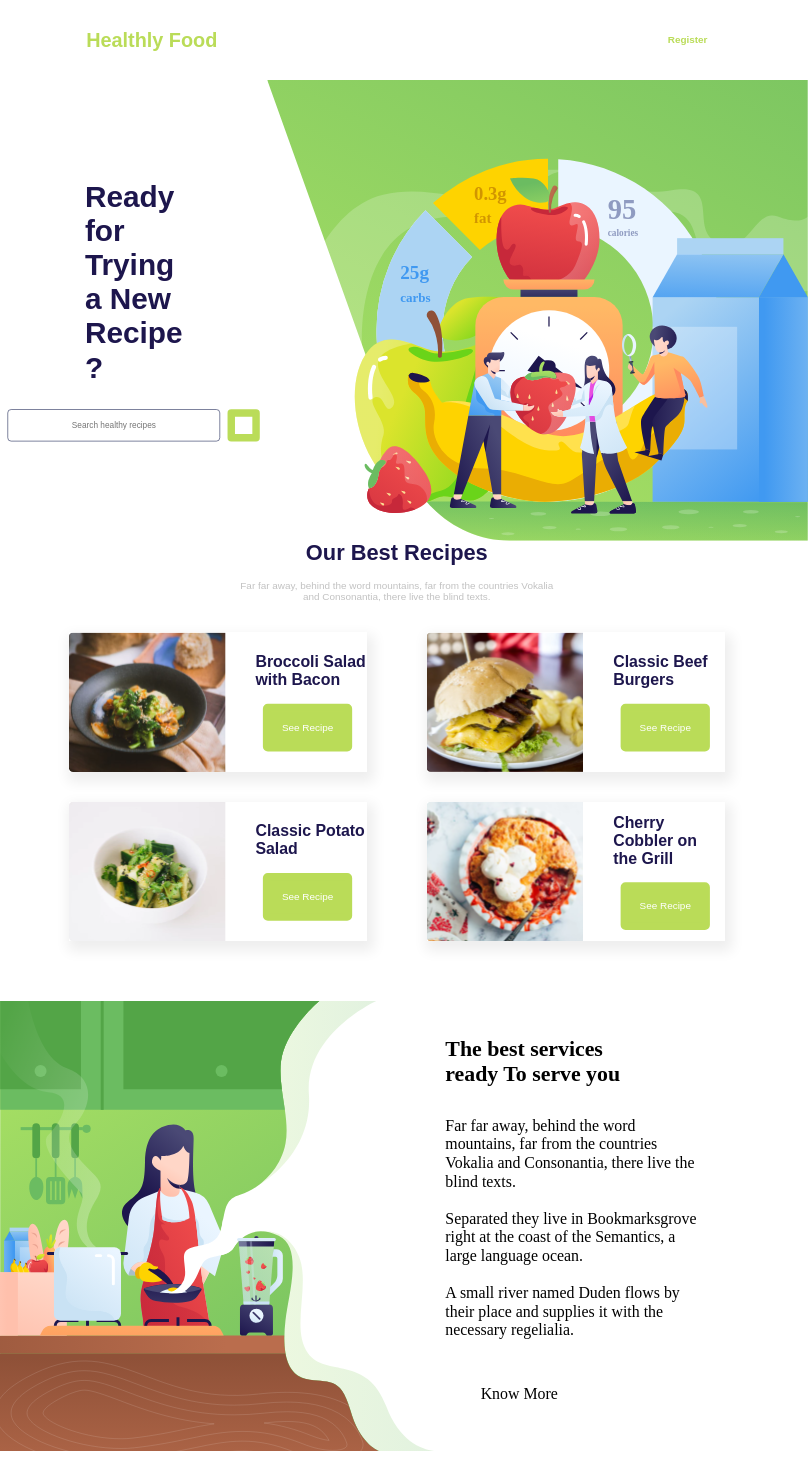
Repository: LuccaCasalecchi/HealthyFood
Page: /
An editor plug-in stored every save of this project. The page is shown before and after the next save, followed by the edit.
The browser window is 1280 px wide. The page is 1303 px wide, so the pictures cover 1303 px, including what lies to the right of the window. The pictures show the whole page, at 62% of full size.
The project was rebuilt for these pictures with package versions that can differ from the ones it lists, and the page was loaded fresh each time.

Above is the page before, as saved 2021-08-18 21:01:06.

### src/App.js
import React from 'react'
import LandingPage from './pages/LandingPage/LandingPage';

function App() {
  return (
    <div className="App">
      <LandingPage/>
    </div>
  );
}

export default App;

### src/pages/LandingPage/LandingPage.jsx
import React from "react";
import "./LandingPage.css";
import Main from "../../components/Main/Main";
import Recipes from "../../components/Recipes/Recipes";
import Services from "../../components/Serivces/Services";


export default function LandingPage() {
  return (
    <>
      <Main/>
      <Recipes/>
      <Services/>
    </>
  );
}

### src/pages/LandingPage/LandingPage.css
* {
  margin: 0;
  padding: 0;
  box-sizing: border-box;
  font-family: sans-serif;
}

### src/components/Main/Main.jsx
import React from 'react'
import Input from '../Input/Input'
import Illustration from '../../images/Illustration.svg'
import Header from '../Header/Header'
import './Main.css'

export default function Main() {
  return (
    <div>
      <Header/>
      <div className="search-recipes">
        <div className="subtitle">
          <h2>Ready for<br />Trying a New<br />Recipe ?</h2>
          <div className="input-container">
          <Input/>
          </div>
        </div>
        <img src={Illustration} alt="" />
      </div>
    </div>
  )
}

### src/components/Recipes/Recipes.jsx
import React from "react";
import Card from '../Card/Card'

import './Recipes.css'
import FoodOne from '../../images/comida_1.svg';
import FoodTwo from '../../images/comida_2.svg';
import FoodThree from '../../images/comida_3.svg';
import FoodFour from '../../images/comida_4.svg';

export default function Recipes() {
  return (
    <section className='recipes' id='recipes'>
      <div className='recipes__introduction'>
        <p className='introduction__title'>Our Best Recipes</p>
        <p className='introduction__description'>
          Far far away, behind the word mountains,
          far from the countries Vokalia and Consonantia,
          there live the blind texts.
        </p>
      </div>
      <div className='recipes__best'>
        <Card image={FoodOne} title='Broccoli Salad with Bacon'/>
        <Card image={FoodTwo} title='Classic Beef Burgers'/>
        <Card image={FoodThree} title='Classic Potato Salad'/>
        <Card image={FoodFour} title='Cherry Cobbler on the Grill'/>
      </div>
    </section>
  );
}

### src/components/Serivces/Services.jsx
import React from 'react'
import blocoServices from '../../images/bloco_services.svg'
import './Services.css'
export default function Services() {
  return (
    <div>
      <section className='services' id='services'>
      <div className='services__image'>
        <img src={blocoServices} alt="Healthy Food Services"/>
      </div>
      <div className='services__information'>
        <p className='service__title'>
        The best services ready
        To serve you
        </p>
        <p className='service__description'>
          Far far away, behind the word mountains,  far from the countries
          Vokalia and Consonantia, there live the blind texts.
          <br/><br/>
          Separated they live in Bookmarksgrove right at the coast of the
          Semantics, a large language ocean.
          <br/><br/>
          A small river named Duden flows by their place and supplies it with
          the necessary regelialia.
        </p>
        <button className='service__button'>Know More</button>
      </div>
    </section>
    </div>
  )
}

### src/components/Input/Input.jsx
import React from 'react'
import './Input.css'

export default function Input() {
  return (
    <div className="input-container">
      <input
      type="text"
      placeholder="Search healthy recipes"/>

      <button></button>
    </div>
  )
}

### src/components/Header/Header.jsx
import React from 'react'
import './Header.css'

export default function Header() {
  return (
    <div className="header-container">
        <a href="#" className="logo">Healthly Food</a>
        <a href="#" className="register">Register</a>
    </div>
  )
}

### src/components/Main/Main.css
.search-recipes {
  display: flex;
  justify-content: space-between;
  align-items: center;
}

.subtitle {
  display: flex;
  justify-content: center;
  align-items: center;
  flex-direction: column;
}

.subtitle h2 {
  font-size: 48px;
  color: #1d164d;
  text-align: left;
  padding: 0px 137px 40px;
}

### src/components/Card/Card.jsx
import React from 'react'
import './Card.css'

export default function Card({image, title}) {
  return (
    <div>
      <article className='recipe'>
      <img className='recipe__image' src={image} alt={title}/>
      <div className="recipe__informations">
        <p className='recipe__title'>{title}</p>
        <button className='recipe__button' to='/'>See Recipe</button>
      </div>
    </article>
    </div>
  )
}

### src/components/Recipes/Recipes.css
.recipes{
  background-color: white;
  width: 100%;
  display: flex;
  flex-direction: column;
  align-items: center;
  margin-bottom: 6rem;
}

.recipes__introduction {
  max-width: 510px;
}

.introduction__title {
  margin-bottom: 1.5rem;

  color: #1D164D;
  font-family: sans-serif;
  font-weight: 600;
  font-size: 2.2rem;
  text-align: center;
}

.introduction__description {
  color: #c2c2c2;
  font-family: sans-serif;
  font-size: 1rem;
  text-align: center;
}

.recipes__best {
  display: flex;
  flex-wrap: wrap;
  justify-content: center;
}

### src/components/Serivces/Services.css
.services {
  display: flex;
  align-items: center;
  margin-bottom: 3rem;
}

.services__image img {
  max-width: 100%;
}

.service__title {
  max-width: 320px;
  color: var(--color-text-title);
  font-family: 'Montserrat';
  font-size: 2.2rem;
  font-weight: 700;
  margin-bottom: 3rem;
}

.service__description {
  max-width: 420px;

  color: var(--color-text);
  font-family: 'Muli';
  font-size: 1.6rem;
}

.service__button {
  width: 13.4rem;
  height: 4.8rem;
  display: flex;
  justify-content: center;
  align-items: center;
  margin-top: 3rem;

  background: var(--color-primary);
  color: var(--color-white);
  border: none;
  border-radius: .5rem;
  font-family: 'Muli';
  font-size: 1.6rem;
  text-decoration: none;
  outline: none;
  cursor: pointer;
}

### src/components/Input/Input.css
.input-container{
  display: flex;
  justify-content: center;
  align-items: center;
  padding: 0px;
}

input{
  width: 343px;
  height: 52px;
  border-radius: 6px;
  border: 1px solid #2D3561;
  text-align: center;
}

button{
  width: 52px;
  height: 52px;
  background-color: white;
  border: 12px solid #BADC58;
  border-radius: 6px;
  padding: 0px 12px;
  margin-left: 12px;
}

### src/components/Header/Header.css
.header-container{
  display: flex;
  justify-content: space-between;
  align-items: center;
  padding: 46px 0;
}

.header-container a {
  text-decoration: none;
  color: #BADC58;
  font-weight: 700;
  padding: 0 139px;
}

.header-container .logo{
  font-size: 32px;

}

.header-container .register{
  font-size: 16px;

}

### src/components/Card/Card.css
.recipe {
  display: flex;
  align-items: center;
  margin: 3rem 3rem 0 3rem;
  box-shadow: 5px 10px 20px 6px rgba(0,0,0,0.07);
}

.recipe__image {
  max-width: 253px;
  max-height: 225px;
}

.recipe__informations {
  max-width: 180px;
  display: flex;
  flex-direction: column;
  margin-left: 3rem;
}

.recipe__title {
  margin-bottom: 1.5rem;
  color: #1D164D;
  font-family: sans-serif;
  font-size: 1.6rem;
  font-weight: 700;
}

.recipe__button {
  width: 80%;
  height: 4.8rem;
  display: flex;
  justify-content: center;
  align-items: center;
  background: #BADC58;
  color: white;
  border-radius: .5rem;
  font-family: sans-serif;
  font-size: 1rem;
  text-decoration: none;
}

Loaded but not shown: public/index.html (common file); src/index.js (common file)

After the next save:
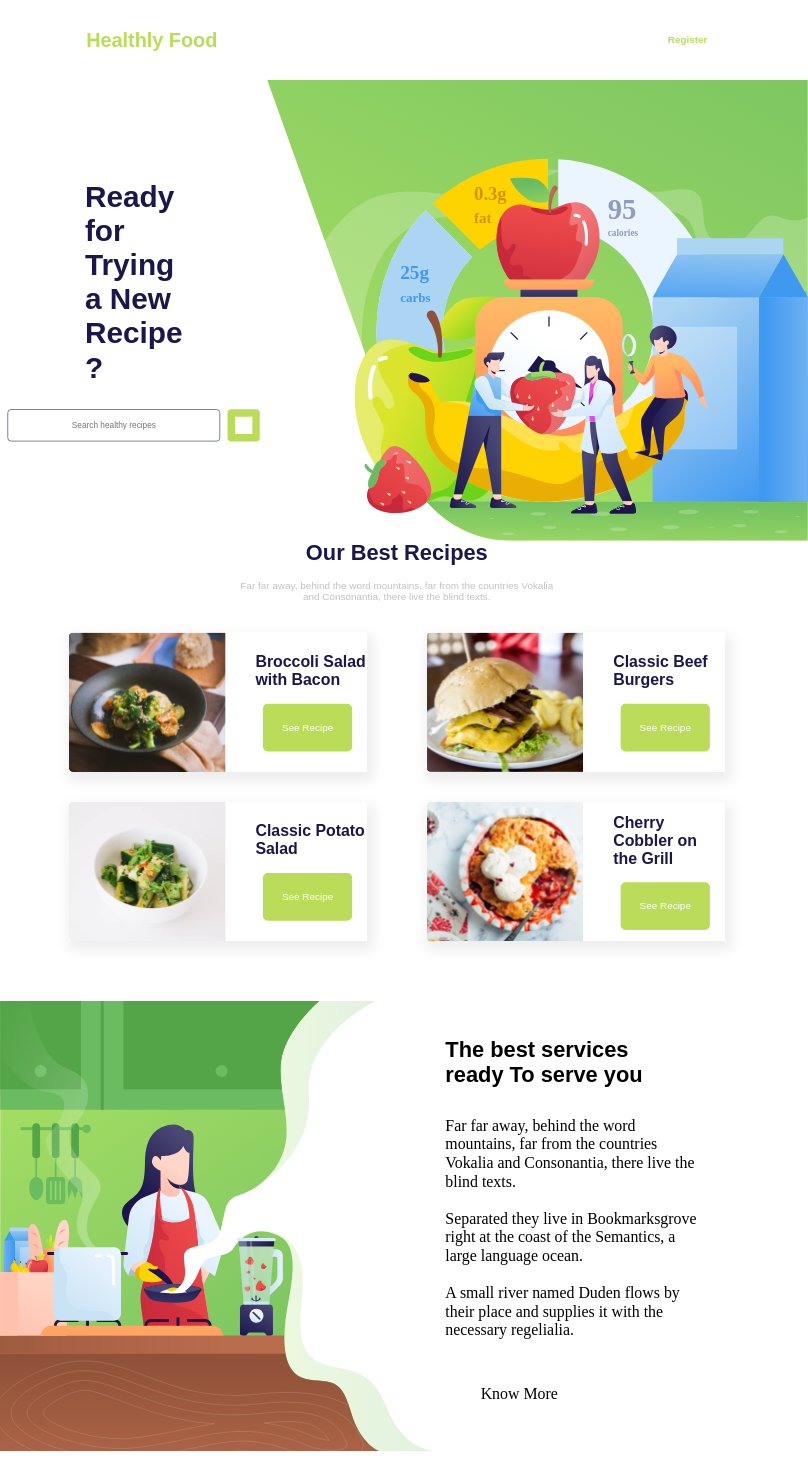
Saved 8 s later.
--- a/src/components/Serivces/Services.css
+++ b/src/components/Serivces/Services.css
@@ -11,7 +11,7 @@
 .service__title {
   max-width: 320px;
   color: var(--color-text-title);
-  font-family: 'Montserrat';
+  font-family: sans-serif;
   font-size: 2.2rem;
   font-weight: 700;
   margin-bottom: 3rem;
